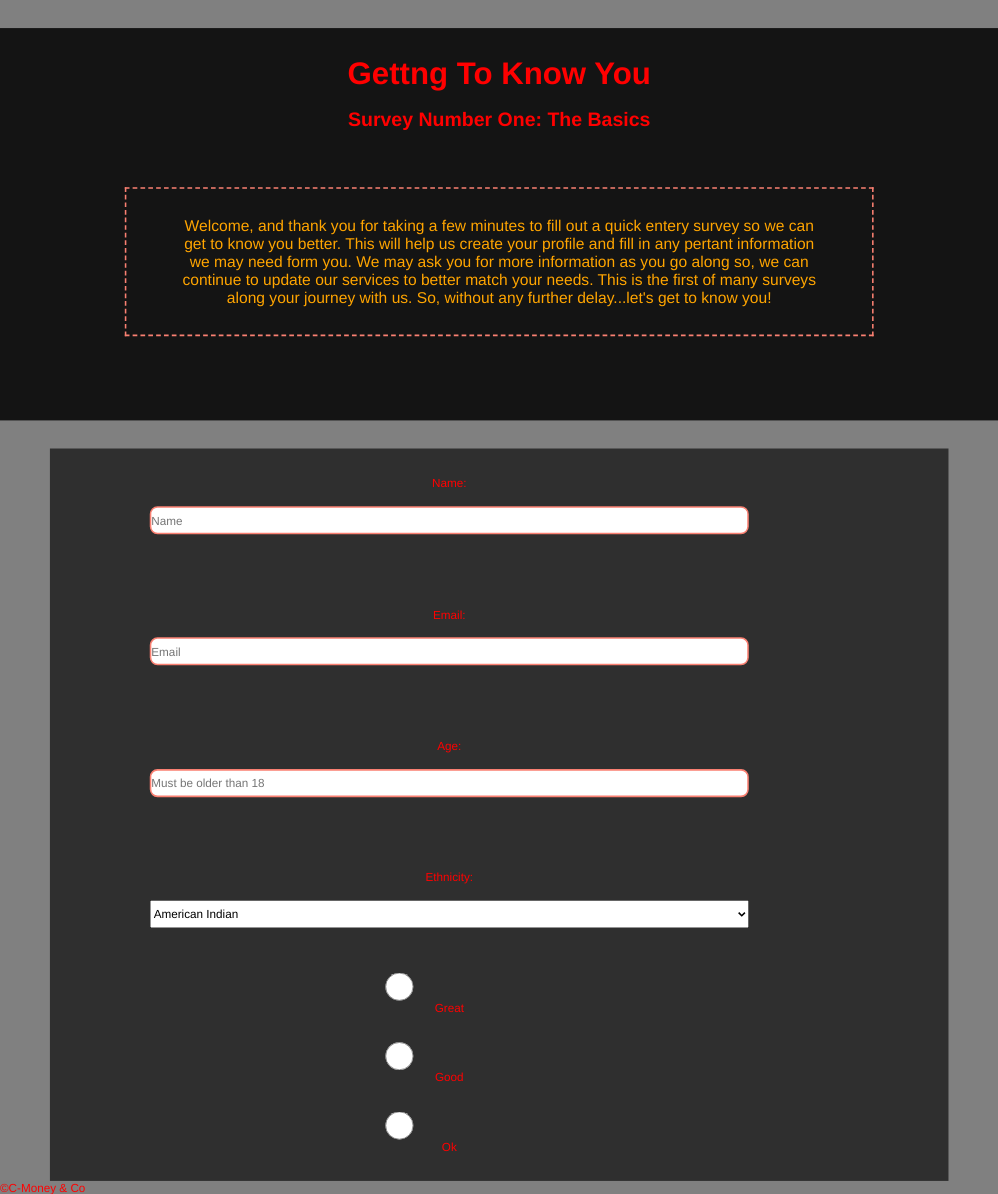
Repository: ctcoleman/surveyForm
Page: index.html
These files come from the project's save history. The page is drawn as it stood at one moment and after the next save; the edit follows.
The browser window is 1280 px wide. The pictures show the whole page, at 78% of full size.

Above is the page before, as saved 2020-06-28 14:29:12.
Console error: TypeError: Cannot read properties of null (reading 'addEventListener')

### index.html
<!DOCTYPE html>
<html lang="en">

<!-- Head -->

<head>
  <meta name="description" content="Survey Form Example Project">
  <meta name="author" content="Christopher Coleman">
  <meta name="title" content="Survey Form Project">
  <meta name="keywords" content="Survey, Forms, HTML, CSS, Example, Project" <meta name="viewport"
    content="width=device-width, initial-scale=1.0">
  <meta charset="UTF-8">
  <link rel="stylesheet" type="text/css" href="/assets/stylesheets/index.css">
  <title>Survey Form Project</title>
</head>

<!-- Body -->

<body>


  <!-- Main Content-->
  <main id="main">

    <!-- Header -->
    <header id="titleHeading" class="heading">
      <h1 id="title">Gettng To Know You</h1>
      <h2>Survey Number One: The Basics</h2>
      <section class="descriptionSection">
        <p id="description">Welcome, and thank you for taking a few minutes to fill out a quick entery survey so we can get to know you better. This will help us create your profile and fill in any pertant information we may need form you. We may ask you for more information as you go along so, we can continue to update our services to better match your needs. This is the first of many surveys along your journey with us. So, without any further delay...let's get to know you!</p>
      </section>
    </header>

    <!-- Survey Form -->
    <form id="survey-form" class="formWrapper" action="#" method="post">
      <!-- Name -->
      <div class="formEntery nameEntery">
        <label for="name-label">Name:</label>
        <input type="text" id="name" name="user_name" placeholder="Name" required>
      </div>
      <!-- E-Mail -->
      <div class="formEntery emailEntery">
        <label for="email-label">Email:</label>
        <input type="email" id="email" name="user_email" placeholder="Email" required>
      </div>
      <!-- Number -->
      <div class="formEntery numberEntery">
        <label for="number-label">Age:</label>
        <input type="number" id="number" placeholder="Must be older than 18" min="18" max="150">
      </div>
      <!-- Dropdown -->
      <div class="formEntery dropdownEntery">
        <label for="dropdown-label">Ethnicity:</label>
        <select type="dropdown" id="dropdown" placeholder="Select from the following" required>
          <option value="americanIndian">American Indian</option>
          <option value="asian">Asian</option>
          <option value="africanAmerican">African American</option>
          <option value="hispanic">Hispanic</option>
          <option value="pacificIslander">Pacific Islander</option>
          <option value="white">White</option>
      </div>
      <!-- Radio Buttons -->
      <div class="formEntery radioButtons">

        <input class="radio" type="radio" id="radioGreat" name="radio" value="Great">
        <label for="radioGreat">Great</label>

        <input class="radio" type="radio" id="radioGood" name="radio" value="Good">
        <label for="radioGood">Good</label>

        <input class="radio" type="radio" id="radioOk" name="radio" value="Ok">
        <label for="radioOk">Ok</label>

      </div>
    </form>

    <!-- Footer -->
    <footer>
      <p>&copy;C-Money & Co</p>
    </footer>
  </main>

  <script>
    const btn = document.querySelector('button');
    const txt = document.querySelector('p')

    btn.addEventListener('click', updateBtn);

    function updateBtn() {
      if (btn.textContent === 'I am a button') {
        btn.textContent = 'I am a new button';
        txt.textContent = 'New Lorem Ipsum';
      } else {
        btn.textContent = 'I am a button';
        txt.textContent = 'Lorem Ipsum'
      }
    }
  </script>
  <script>url('https://cdn.freecodecamp.org/testable-projects-fcc/v1/bundle.js')</script>
</body>

</html>

### assets/stylesheets/index.css
/*
=== Basic Styling ===
*/

* {
  margin: 0;
  padding: 0;
  outline: 0;
  box-sizing: border-box;
  font-size: 62.5%
}

body {
 background: grey;
 background-size: contain;
 color: red;
 -webkit-font-smoothing: antialiased;
}

body, label, select, p, a, input, button, option {
  font-size: 1.5rem;
  font-family: 'Helvetica';
}

h1 {
  font-size: 4rem;
  text-align: center;
}

h2 {
  font-size: 2.5rem;
  text-align: center;
}

button {
 cursor: pointer;
}

/*
=== Header Styling ===
*/

header {
  margin: 5vh 0;
  padding: 5vh 0;
  background: rgba(0, 0, 0, 0.849);
  width: 100vw;
}
#title {
  margin-bottom: 3vh;
}
#description {
  font-size: 2rem;
  text-align: center;
  width: 75vw;
  margin: 10vh 12.5vw;
  padding: 5vh 5vw;
  border: 2px dashed salmon;
  color: orange;
}

/*
=== Form Styling ===
*/

#survey-form {
  display: flex;
  flex-direction: column;
  align-items: flex-end;
  justify-content: space-around;
  margin: 0 5vw;
  background: rgba(0, 0, 0, 0.637);
}

.formWrapper .formEntery {
  margin: 5vh 0;
  width: 100vw;
  display: flex;
  flex-direction: column;
  align-items: center;
}

.formEntery .radio {
  font-size: 2rem;
  margin: 5vh 15vw 0;
  align-self: flex-start;
}

.formEntery input {
  width: 60vw;
  margin: 3vh 20vw;
  height: 5vh;
  border: 2px solid salmon;
  border-radius: 10px;
}

.formEntery select {
  width: 60vw;
  margin: 3vh 20vw;
  height: 5vh;
}

.formWrapper .radioButtons {
  display: flex;
  flex-direction: column;
  margin-top: 10vh;
}
.formWrapper .radio

After the next save:
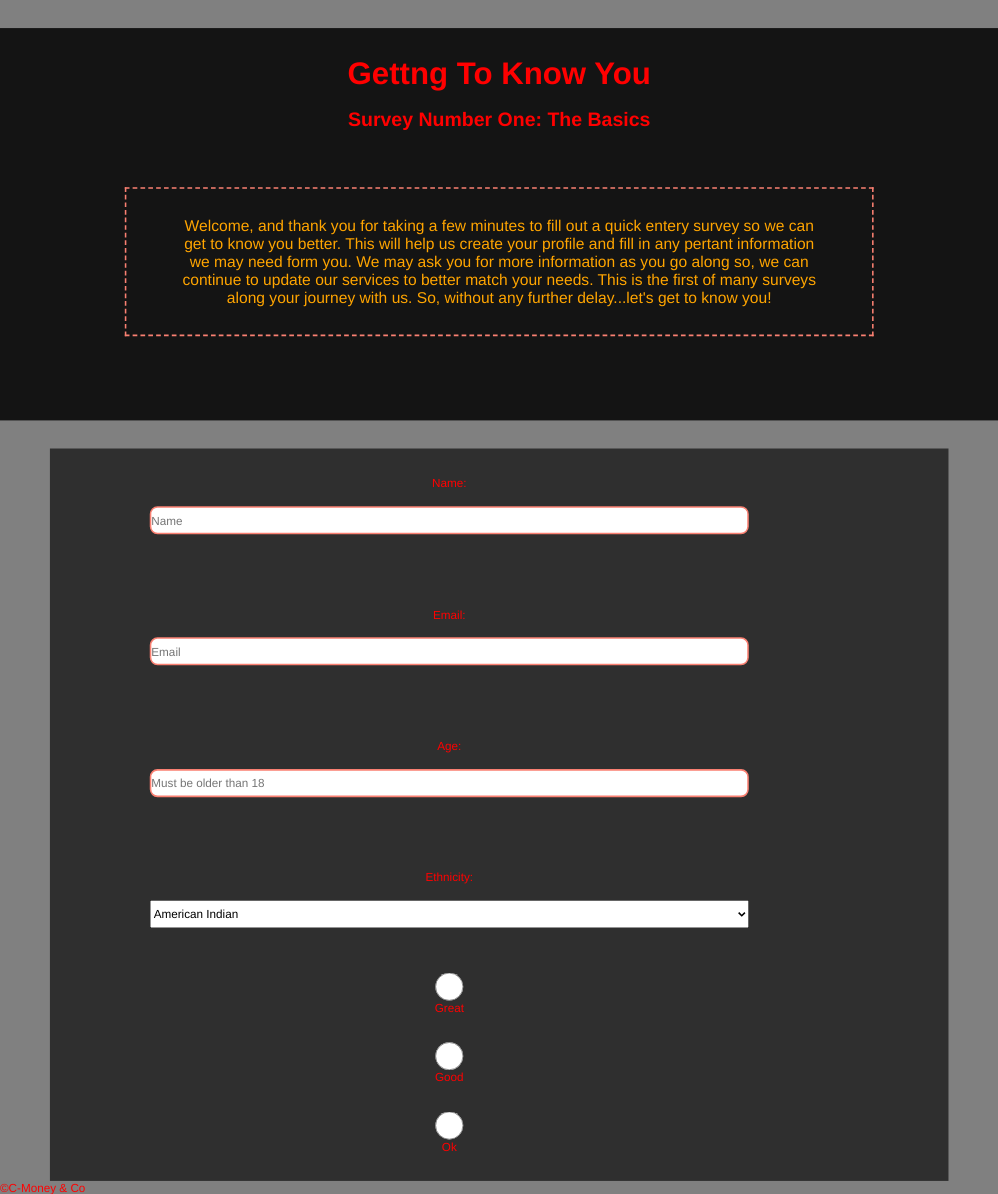
Saved 8 s later.
--- a/assets/stylesheets/index.css
+++ b/assets/stylesheets/index.css
@@ -105,4 +105,6 @@
   flex-direction: column;
   margin-top: 10vh;
 }
-.formWrapper .radio
+.formWrapper .radio {
+  align-self: center;
+}

After the save that followed:
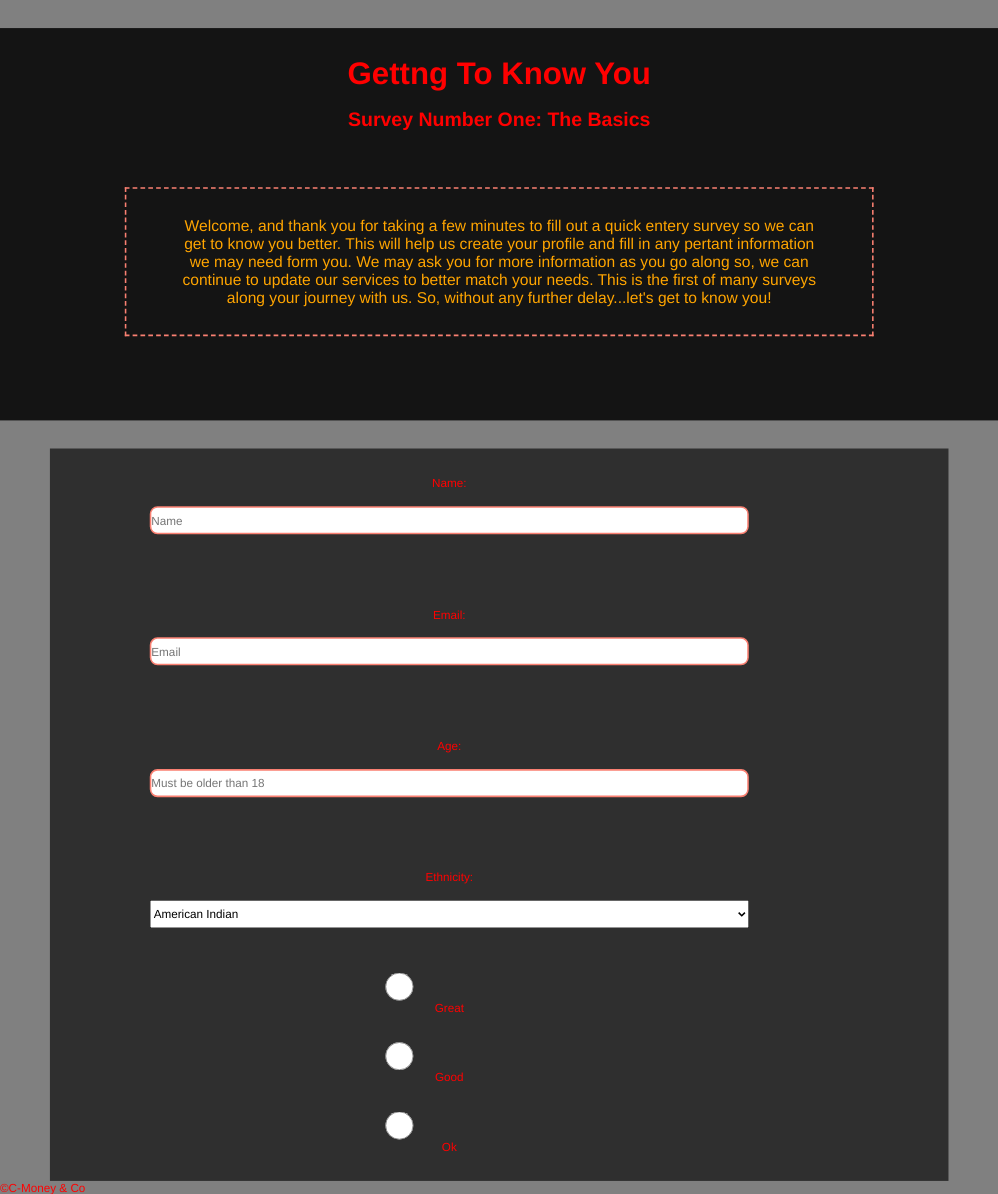
Saved 4 s later.
--- a/assets/stylesheets/index.css
+++ b/assets/stylesheets/index.css
@@ -106,5 +106,5 @@
   margin-top: 10vh;
 }
 .formWrapper .radio {
-  align-self: center;
+  align-sel
 }
